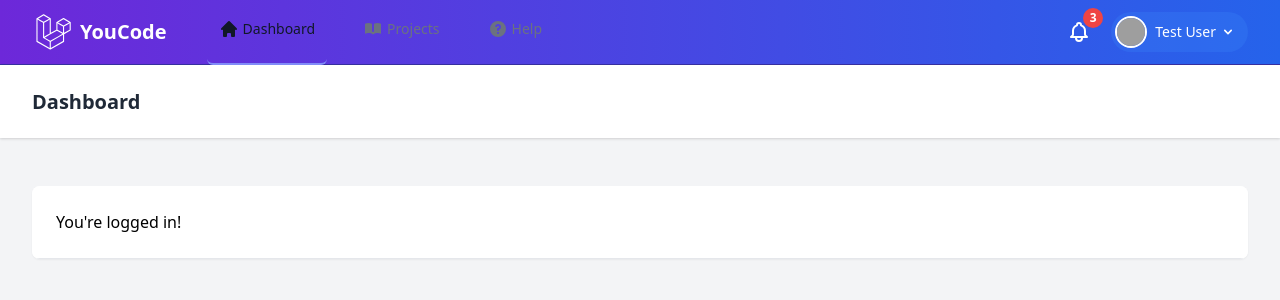
Repository: mohamedm999/Plateforme-de-Tests-d-Acceptation---YouCode-
Page: http://localhost/dashboard
An editor plug-in stored every save of this project. The page is shown before and after the next save, followed by the edit.
The browser window is 1280 px wide. The pictures show the whole page.
Pictures or frames that could not be fetched are drawn as grey boxes. The page is served by the project's Laravel application, run on PHP 8.4 with Laravel 8. A made-up administrator, Test User (test@example.com), is signed in.

Above is the page before, as saved 2025-02-26 13:55:49.

After the next save:
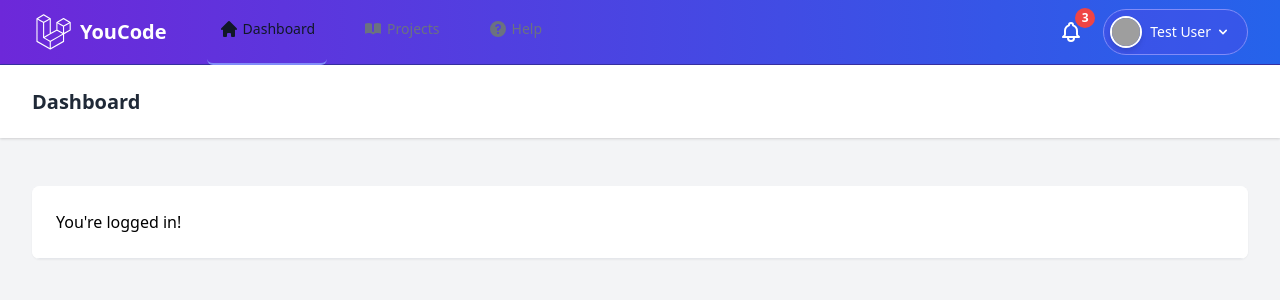
Saved 8 s later.
--- a/projet-evaluation/resources/views/layouts/navigation.blade.php
+++ b/projet-evaluation/resources/views/layouts/navigation.blade.php
@@ -47,11 +47,10 @@
                     </svg>
                 </button>
 
-
-                <x-dropdown align="right" width="48">
+                <x-dropdown align="right" width="64">
                     <x-slot name="trigger">
-                        <button class="flex items-center text-sm font-medium text-white hover:text-blue-100 focus:outline-none transition duration-150 ease-in-out bg-blue-500 bg-opacity-30 rounded-full p-1 pr-3 hover:bg-opacity-50">
-                            <img class="h-8 w-8 rounded-full object-cover border-2 border-white mr-2" src="https://ui-avatars.com/api/?name={{ urlencode(Auth::user()->name) }}&color=7F9CF5&background=EBF4FF" alt="{{ Auth::user()->name }}">
+                        <button class="flex items-center text-sm font-medium text-white hover:text-indigo-100 focus:outline-none transition duration-150 ease-in-out bg-indigo-600 bg-opacity-40 rounded-full p-1.5 pr-4 hover:bg-opacity-60 border border-indigo-400">
+                            <img class="h-8 w-8 rounded-full object-cover border-2 border-white mr-2 shadow-md" src="https://ui-avatars.com/api/?name={{ urlencode(Auth::user()->name) }}&color=7F9CF5&background=EBF4FF" alt="{{ Auth::user()->name }}">
                             <div>{{ Auth::user()->name }}</div>
 
                             <div class="ml-1">
@@ -61,6 +60,7 @@
                             </div>
                         </button>
                     </x-slot>
+
 
                     <x-slot name="content">
                         <!-- User Profile -->
